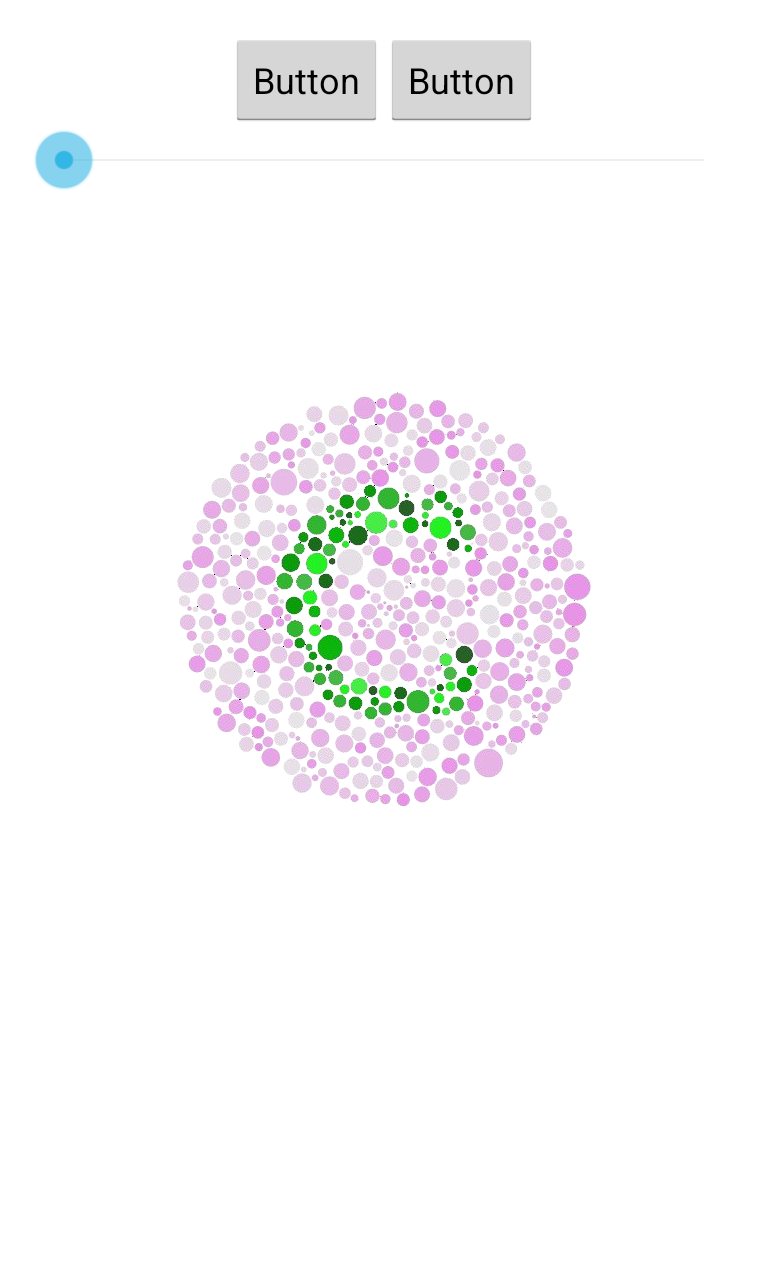
Repository: renatovieira/tcc2013
Layout: TCC/res/layout/activity_filtered_image.xml
An editor plug-in stored every save of this project. The layout is shown before and after the next save, followed by the edit.
It is drawn on a 768 x 1280 px phone screen (xhdpi) without system bars, with theme AppTheme; the app's code is not run.

Above is the layout before, as saved 2013-07-21 23:58:09.

### TCC/res/layout/activity_filtered_image.xml
<RelativeLayout xmlns:android="http://schemas.android.com/apk/res/android"
    xmlns:tools="http://schemas.android.com/tools"
    android:layout_width="match_parent"
    android:layout_height="match_parent"
    android:paddingBottom="@dimen/activity_vertical_margin"
    android:paddingLeft="@dimen/activity_horizontal_margin"
    android:paddingRight="@dimen/activity_horizontal_margin"
    android:paddingTop="@dimen/activity_vertical_margin" >

    <LinearLayout
        android:id="@+id/linearLayout1"
        android:layout_width="wrap_content"
        android:layout_height="wrap_content"
        android:layout_centerHorizontal="true" >

        <Button
            android:id="@+id/button1"
            android:layout_width="wrap_content"
            android:layout_height="wrap_content"
            android:text="Button" />

        <Button
            android:id="@+id/button2"
            android:layout_width="wrap_content"
            android:layout_height="wrap_content"
            android:text="Button" />
    </LinearLayout>

    <SeekBar
        android:id="@+id/seekBar1"
        android:layout_width="match_parent"
        android:layout_height="wrap_content"
        android:layout_alignParentLeft="true"
        android:layout_below="@+id/linearLayout1" />

    <ImageView
        android:id="@+id/imageView1"
        android:layout_width="wrap_content"
        android:layout_height="wrap_content"
        android:layout_below="@+id/seekBar1"
        android:layout_centerHorizontal="true"
        android:layout_marginTop="94dp"
        android:src="@drawable/ic_launcher" />

</RelativeLayout>

Loaded but not shown: TCC/res/values/styles.xml (common file); TCC/res/values-v11/styles.xml (common file); TCC/res/values-v14/styles.xml (common file); TCC/res/values/dimens.xml (common file)

After the next save:
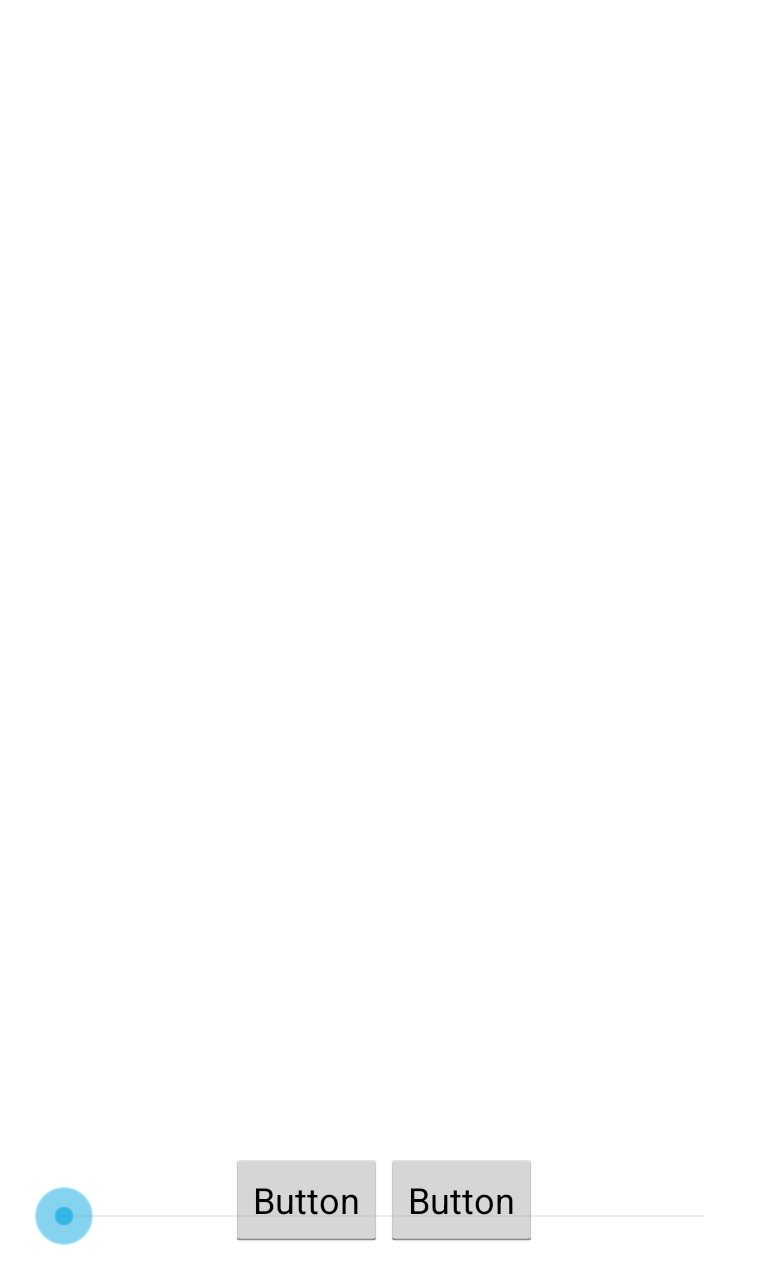
Saved 54 s later.
--- a/TCC/res/layout/activity_filtered_image.xml
+++ b/TCC/res/layout/activity_filtered_image.xml
@@ -11,6 +11,7 @@
         android:id="@+id/linearLayout1"
         android:layout_width="wrap_content"
         android:layout_height="wrap_content"
+        android:layout_alignParentBottom="true"
         android:layout_centerHorizontal="true" >
 
         <Button
@@ -26,13 +27,6 @@
             android:text="Button" />
     </LinearLayout>
 
-    <SeekBar
-        android:id="@+id/seekBar1"
-        android:layout_width="match_parent"
-        android:layout_height="wrap_content"
-        android:layout_alignParentLeft="true"
-        android:layout_below="@+id/linearLayout1" />
-
     <ImageView
         android:id="@+id/imageView1"
         android:layout_width="wrap_content"
@@ -42,4 +36,11 @@
         android:layout_marginTop="94dp"
         android:src="@drawable/ic_launcher" />
 
+    <SeekBar
+        android:id="@+id/seekBar1"
+        android:layout_width="match_parent"
+        android:layout_height="wrap_content"
+        android:layout_alignParentBottom="true"
+        android:layout_centerHorizontal="true" />
+
 </RelativeLayout>
